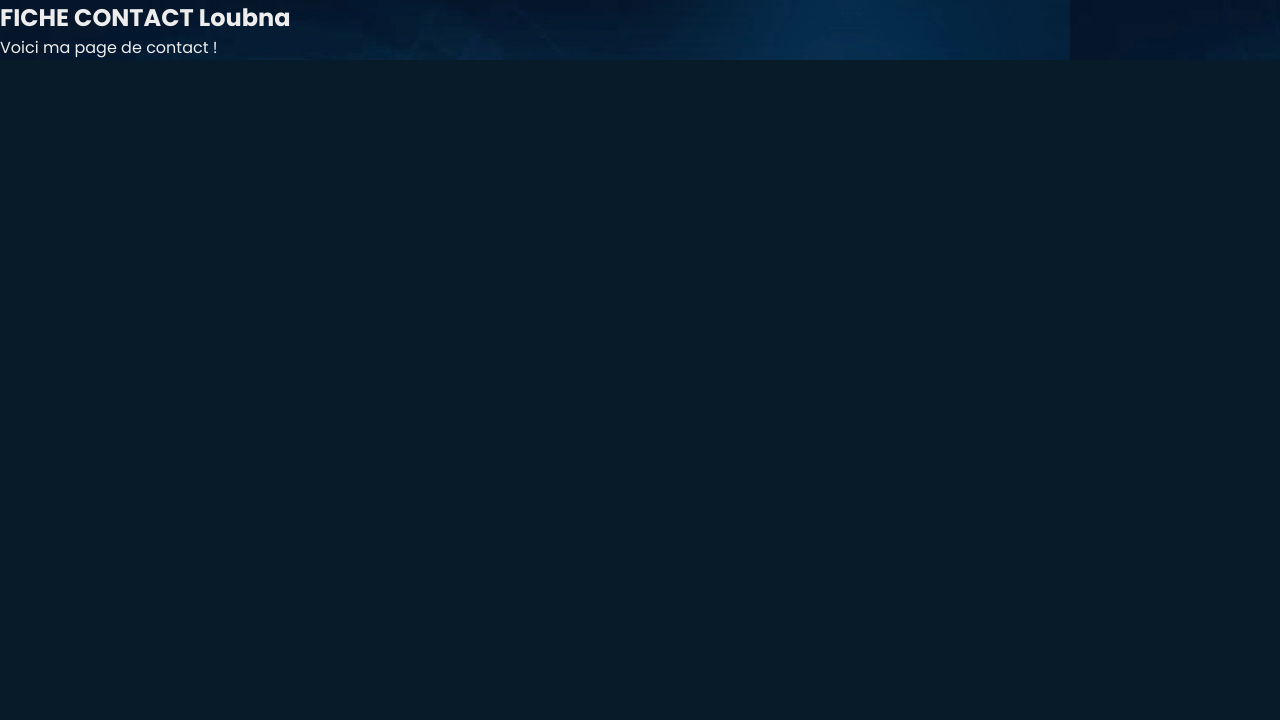
Repository: Loubna77290/Portfolio-de-Loubna
Page: contact.html
An editor plug-in stored every save of this project. The page is shown before and after the next save, followed by the edit.
The browser window is 1280 px wide. The pictures show the whole page.

Above is the page before, as saved 2025-03-09 23:26:15.

### contact.html
<!DOCTYPE html>
<html lang="en">
<head>
    <meta charset="UTF-8">
    <meta name="viewport" content="width=device-width, initial-scale=1.0">
    <title>Fiche contact</title>
    <link rel="stylesheet" href="style.css">
</head>
<body>
    <section class="contact-background">
        <div class="contact-contenu">
        <h1>FICHE CONTACT Loubna</h1>
        <p>Voici ma page de contact !</p>
    </div>
    </section>

</body>
</html>

### style.css
@import url('https://fonts.googleapis.com/css2?family=Poppins:wght@300;400;500;600;700;800;900&display=swap');

* {
    margin: 0;
    padding: 0;
    box-sizing: border-box;
    font-family: 'Poppins', sans-serif;

}

body {
    background: #081b29;
    color: #ededed;

}

.header {
    position:fixed;
    top: 0;
    left:0;
    width: 100%;
    padding: 20px 10px;
    background: transparent;
    display: flex;
    justify-content: space-between;
    align-items: center;
    z-index: 100;
}


.logo {
    position: relative;
    margin-left: 30px;
    font-size: 25px;
    color: #ededed;
    text-decoration: none;
    font-weight: 600;

}

.logo::before {
    content: '';
    position: absolute;
    top: 0;
    right: 0;
    width: 100%;
    height: 100%;
    background: #081b29b6;
    animation: showRight 1s ease forwards;
    animation-delay: .4s;;
}

.navbar a {
    font-size: 18px;
    color: #ededed;
    text-decoration: none;
    font-weight: 500;
    margin-right: 60px;
    justify-content: flex-end;
    transition: .3s;

}

.navbar a:hover,
.navbar a.active {
    color: #00abf0;

}

.accueil {
    height: 100vh;
    background: url(./IMG_7408.jpg) no-repeat center center;
    background-size: cover;
    display: flex;
    align-items: center;
    padding: 0 10%;
}

.accueil-contenu {
    background: transparent;
    max-width: 600px;


    }

.accueil-contenu h2 {
    font-size: 45px;
    font-weight: 700;
    line-height: 1.2;
    white-space: nowrap;
}

.accueil-contenu h2::before {
    content: '';
    position: absolute;
    top: 0;
    right: 0;
    width: 100%;
    height: 100%;
    background: #081b29;
    animation: showRight 1s ease forwards;
    animation-delay: 1s;
}

.accueil-contenu h3 {
    font-size: 30px;
    font-weight: 600;
    color: #0ff;

}

.accueil-contenu p {
    font-size: 16px;
    margin: 20px  0 40px;
    line-height: 1.2;
}

.accueil-contenu .btn-box {
    position: relative;
    display: flex;
    justify-content: space-between;
    width: 380px;
    height: 60px;

}

.accueil-contenu .btn-box::before {
    content: '';
    position: absolute;
    top: 0;
    right: 0;
    width: 100%;
    height: 100%;
    background: #081b294d;
    animation: showRight 1s ease forwards;
    animation-delay: 1.9s;
    z-index: 2;
}

.btn-box a {
    position: relative;
    display: inline-flex;
    justify-content: center;
    align-items: center;
    width: 150px;
    height: 110%;
    background: #00abf0;
    border: 2px solid #00abf0;
    border-radius: 8px;
    font-size: 19px;
    color: #081b29;
    text-align: center;
    text-decoration: none;
    font-weight: 600;
    letter-spacing: 1px;
    z-index: 1;
    overflow: hidden;
    transition: .5s;
}

.btn-box a:hover {
    color: #00abf0;

}

.btn-box a:nth-child(2) {
    background: transparent;
    color:#00abf0
}

.btn-box a:nth-child(2):hover {
    color:#081b29;
}


.btn-box a:nth-child(2)::before {
    background: #00abf0;
    }

.btn-box a::before {
    content: '';
    position: absolute;
    top: 0;
    left: 0;
    width: 0;
    height: 100%;
    background: #081b29;
    z-index: -1;
    transition: .5s;
}

.btn-box a:hover::before {
    width: 100%;
    }

.home-sci {
    position: absolute;
    bottom: 1px;
    width: 150px;
    display: flex;
    justify-content: space-between;
}

.home-sci::before {
    content: '';
    position: absolute;
    top: 0;
    right: 0;
    width: 100%;
    height: 100%;
    background: #081b29;
    animation: showRight 1s ease forwards;
    animation-delay: 2.5s;
    z-index: 2;
}

.home-sci a {
    position: relative;
    display: inline-flex;
    justify-content: center;
    align-items: center;
    width: 40px;
    height: 40px;
    background: transparent;
    border: 2px solid #00abf0;
    border-radius: 50%;
    font-size: 20px;
    text-decoration: none;
    z-index: 1;
    overflow: hidden;
    transition: .5s;
    color: #00abf0;
}

.home-sci a:hover {
    color: #081b29;

}
.home-sci a::before {
    content: '';
    position: absolute;
    top: 0;
    left: 0;
    width: 0;
    height: 100%;
    background:#00abf0;
    transition: .5s;
    z-index: -1;
}

.home-sci a:hover::before {
    width: 100%;
}

/* KEYFRAMES ANIMATION */
@keyframes showRight {
    100% {
        width: 0;
    }
}

.contact-background  {
    background: url('/IMG_7408.jpg');
}

After the next save:
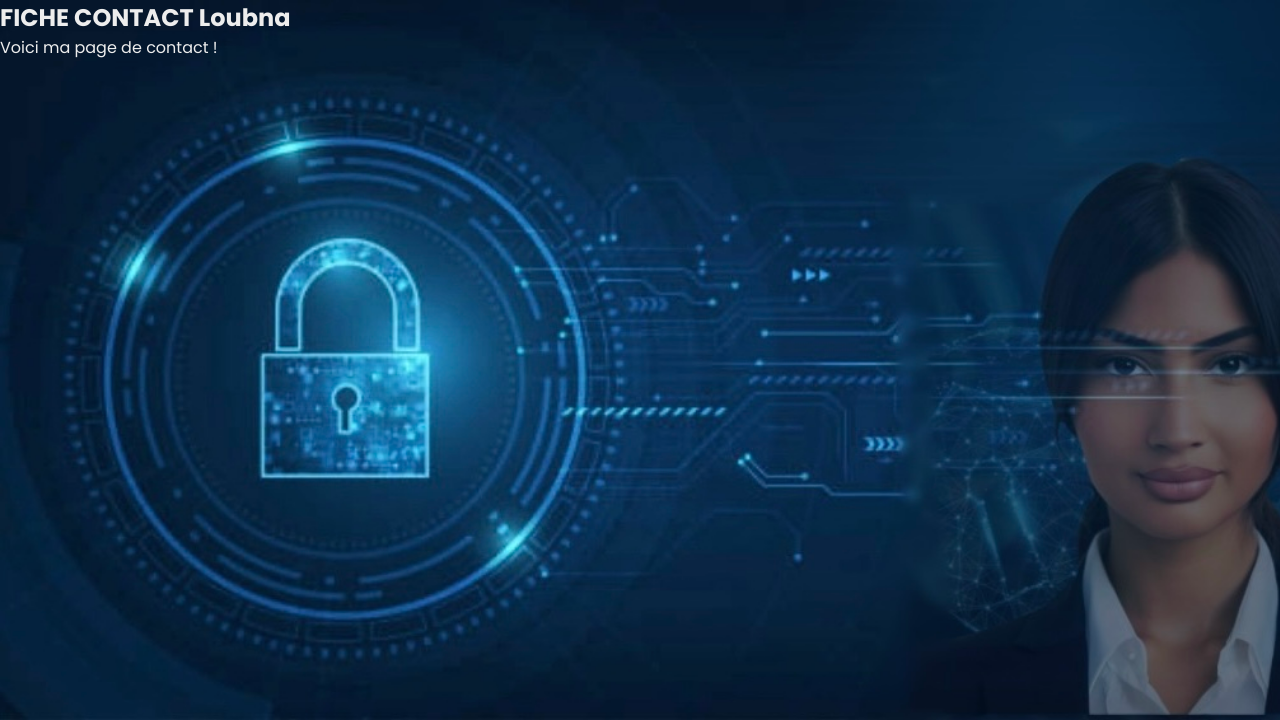
Saved 47 s later.
--- a/style.css
+++ b/style.css
@@ -261,4 +261,7 @@ body {
 
 .contact-background  {
     background: url('/IMG_7408.jpg');
-}
+    height: 100vh;
+    background-size: cover;
+    display: flex;
+}
